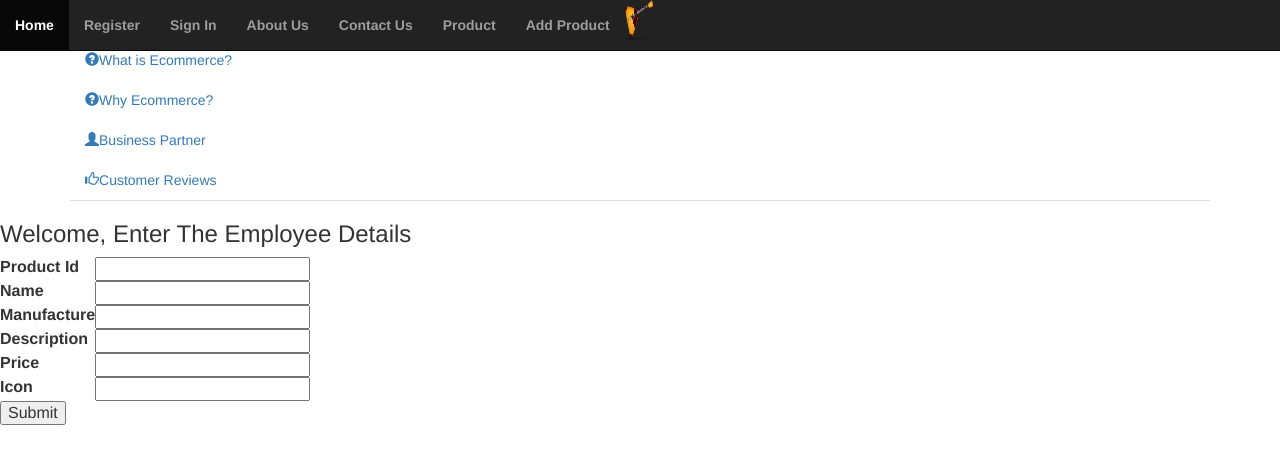
Repository: aradhana15/myFinalRepository
Page: http://localhost/music/WEB-INF/views/addproduct.jsp
The author's editor kept a copy of each file at every save. The page is drawn from the files as they stood at one save, then again after the next save.
The browser window is 1280 px wide. The pictures show the whole page.
The page is served by Tomcat 9. Nobody is signed in. The template is opened directly, without the code that normally fills it, so the values that code supplies are empty.

Above is the page before, as saved 2016-04-23 18:20:33.
Console error (its wording comes from the project's code and is left out).

After the next save:
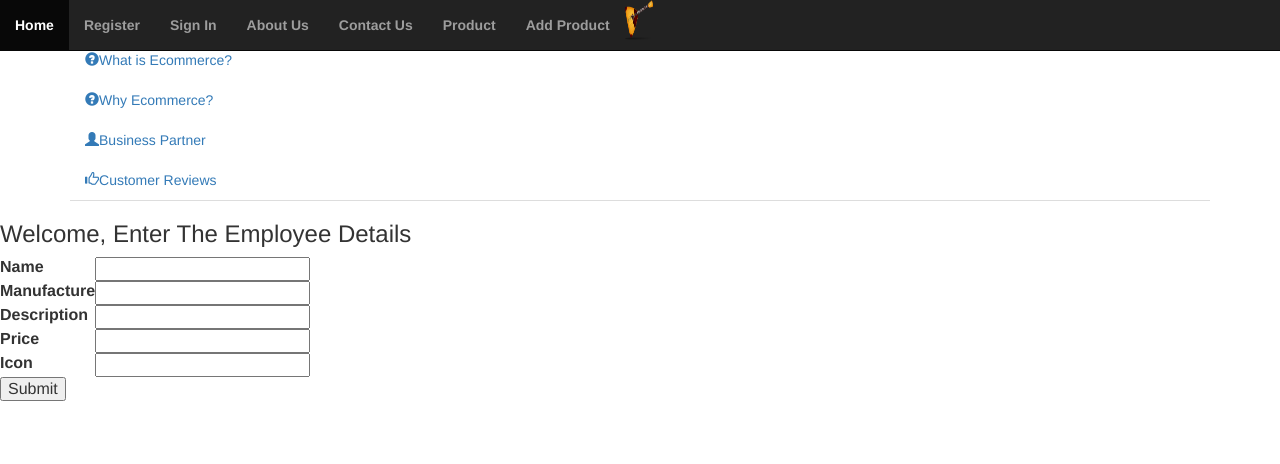
Saved 2 min 58 s later.
--- a/wwf/music/src/main/webapp/WEB-INF/views/addproduct.jsp
+++ b/wwf/music/src/main/webapp/WEB-INF/views/addproduct.jsp
@@ -10,10 +10,10 @@
         <h3>Welcome, Enter The Employee Details</h3>
         <form:form method="POST" action="addproduct" modelAttribute="addpro">
              <table>
-                <tr>
+               <%--  <tr>
                     <td><form:label path="id">Product Id</form:label></td>
                     <td><form:input path="id"/></td>
-                </tr>
+                </tr> --%>
                 <tr>
                     <td><form:label path="name">Name</form:label></td>
                     <td><form:input path="name"/></td>
